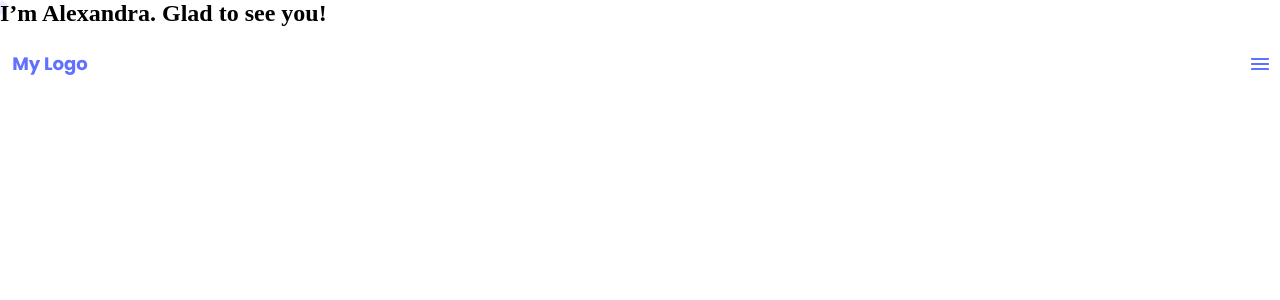
Repository: Paulinelali/potfoilo.github.io
Page: public/index.html
The author's editor kept a copy of each file at every save. The page is drawn from the files as they stood at one save, then again after the next save.
The browser window is 1280 px wide. The pictures show the whole page.

Above is the page before, as saved 2023-03-24 21:06:40.

### public/index.html
<!DOCTYPE html>
<html lang="en">
<head>
    <meta charset="UTF-8">
    <meta http-equiv="X-UA-Compatible" content="IE=edge">
    <meta name="viewport" content="width=device-width, initial-scale=1.0">
    <link rel="stylesheet" href="../styles/style.css">
    <title>Ayomide S.E.P</title>
</head>
<body>

    <header class="header header-top">
        <div class="header-inner sp-btw-flex">
            <div class="heoader-log">
                <img src="../assets/Logo Placeholder.png" alt="">
            </div>
            <div class="header-mobile-icon">
                <img src="../assets/Normal Button/Tertiary/Enabled.png" alt="">
            </div>
        </div>
    </header>

    <section class="intro-section">
        <h2>I’m Alexandra.
            Glad to see you!</h2>
    </section>
</body>
</html>

### styles/style.css
*{
    box-sizing: border-box;
    padding: 0px;
    margin: 0px;
}

.intro-section{
    background-image: url("../assets/header-shapes\ mobile.png");
    position: absolute;
    top: ;
}


.header-inner{
    position: absolute;
    width: 100%;
    height: 48px;
    top: 44px;
    display: flex;
    justify-content: space-between;
}

.sp-btw-flex{ display: flex;}
.sp-btw-fle .heoader-log{
    width: 40px;
    height: 40px;
    left: 24px;
    top: cal(50% -40px/2);
    border-radius: 8px;
    -webkit-border-radius: 8px;
    -moz-border-radius: 8px;
    -ms-border-radius: 8px;
    -o-border-radius: 8px;
}

.header-mobile-icon{
    width: 40px;
    height: 40px;
    right: 24px;
    top: cal(50% -40px/2);
    border-radius: 8px;
    -webkit-border-radius: 8px;
    -moz-border-radius: 8px;
    -ms-border-radius: 8px;
    -o-border-radius: 8px;
}

After the next save:
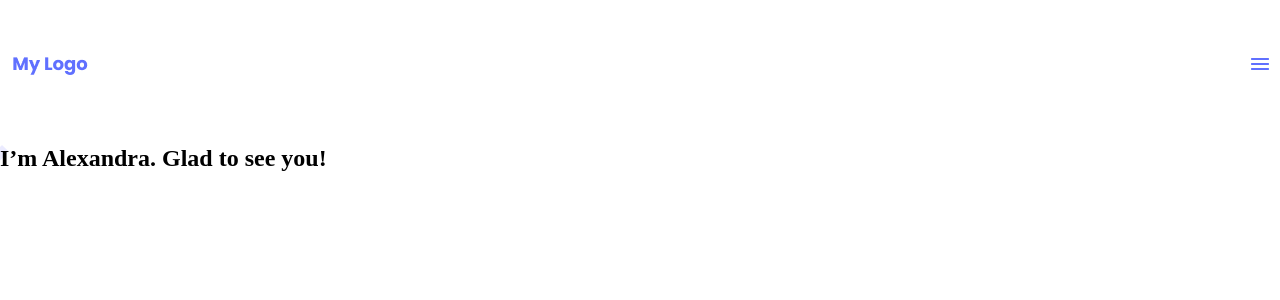
Saved 11 s later.
--- a/styles/style.css
+++ b/styles/style.css
@@ -7,7 +7,8 @@
 .intro-section{
     background-image: url("../assets/header-shapes\ mobile.png");
     position: absolute;
-    top: ;
+    top: 145px;
+    height: ;
 }
 
 
